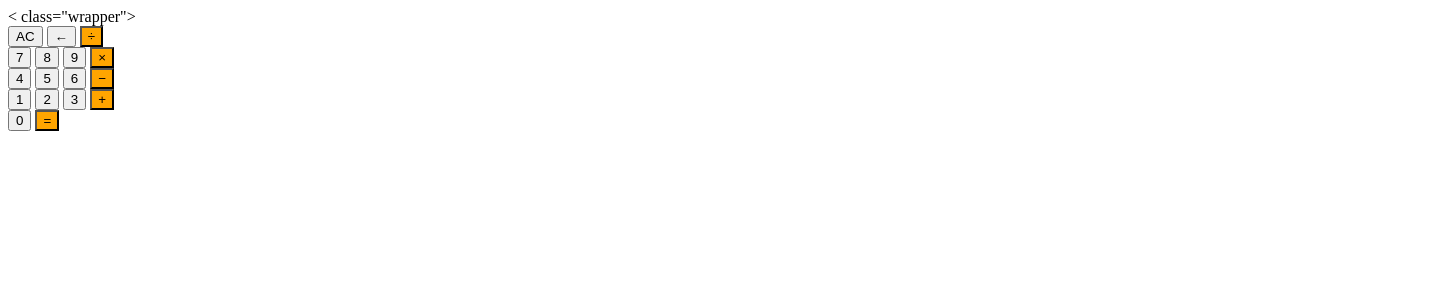
Repository: KaylaDamons/LAB-calculator
Page: index.html
The author's editor kept a copy of each file at every save. The page is drawn from the files as they stood at one save, then again after the next save.
The browser window is 1280 px wide. The page is 1280 px wide, then 1447 px, so the pictures cover 1447 px, including what lies to the right of the window. The pictures show the whole page.

Above is the page before, as saved 2024-01-13 18:05:39.

After the next save:
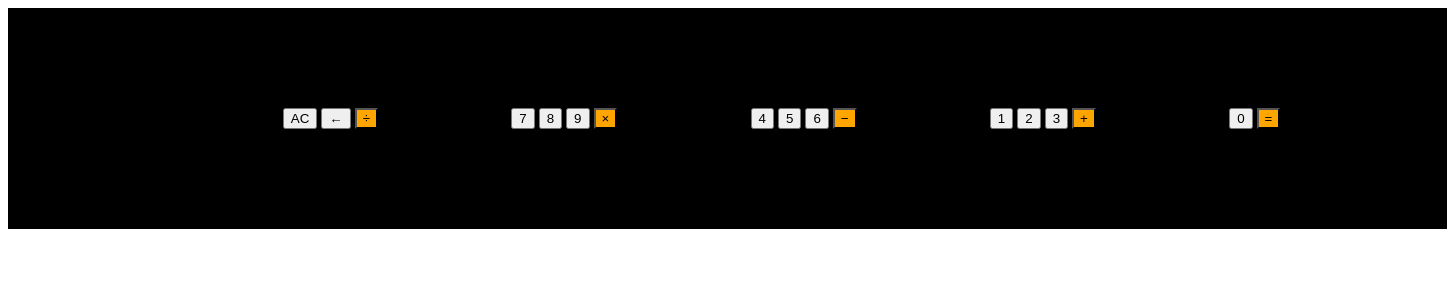
Saved 33 s later.
--- a/index.html
+++ b/index.html
@@ -6,7 +6,7 @@
   <title>Calculator</title>
 </head>
 <body>
-< class="wrapper">
+<div class="wrapper">
     <div class="sumbar"></div>
     <div class="clearbutton">
        <button class="clear">AC</button>
